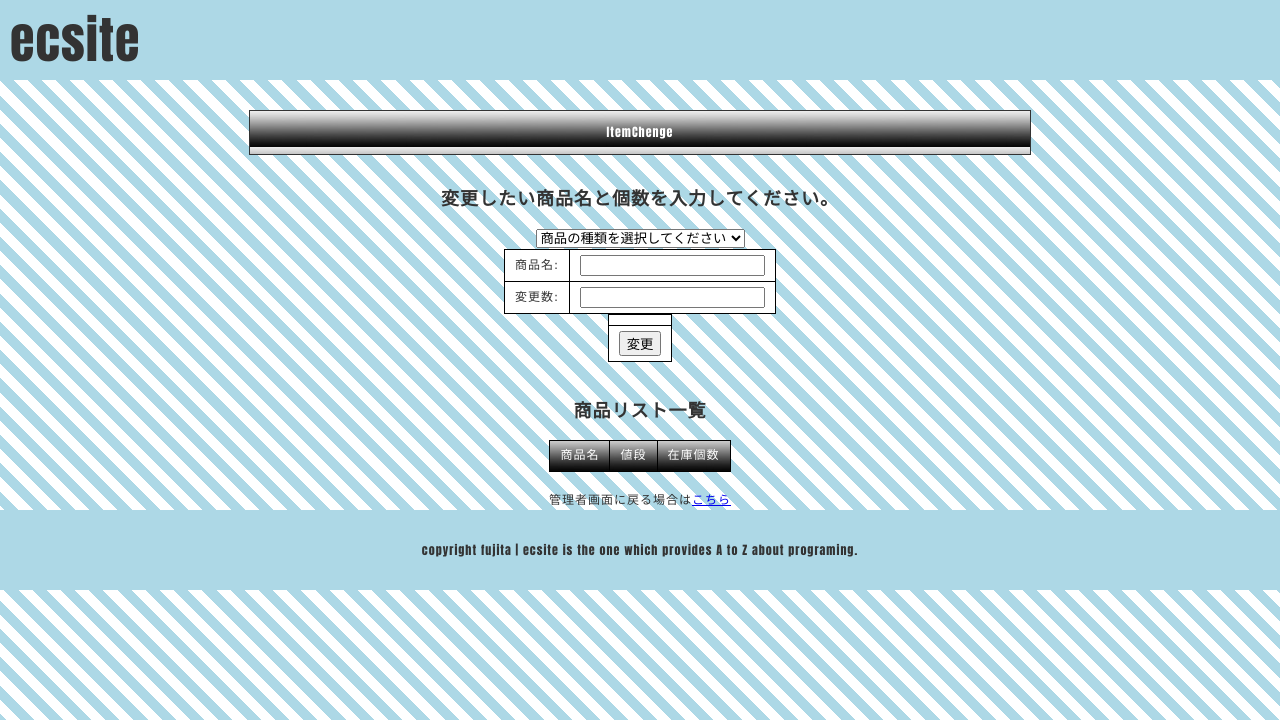
Repository: ryousukefujita-0423/test
Page: http://localhost/ecsite/itemChenge.jsp
These files come from the project's save history. The page is drawn as it stood at one moment and after the next save; the edit follows.
The browser window is 1280 px wide. The pictures show the whole page.
The page is served by Tomcat 9. Other server files are loaded and not shown.

Above is the page before, as saved 2019-03-22 02:50:21.

### ecsite/WebContent/itemChenge.jsp
<%@ page language="java" contentType="text/html; charset=UTF-8"
	pageEncoding="UTF-8"%>
<%@ taglib prefix="s" uri="/struts-tags"%>
<!DOCTYPE html>
<html>
<head>
<meta http-equiv="Content-Type" content="text/html; charset=UTF-8" />
<meta http-equiv="Content-Style-Type" content="text/css" />
<meta http-equiv="Content-Script-Type" content="text/javascript" />
<meta http-equiv="imagetoolbar" content="no" />
<meta name="description" content="" />
<meta name="keywords" content="" />
<link rel="stylesheet" type="text/css" href="./css/style.css">
<title>ItemChenge</title>
</head>
<body>
	<div id="header">ecsite</div>
	<div id="main">
		<div id="top">
			<p>ItemChenge</p>
		</div>
		<h2>変更したい商品名と個数を入力してください。</h2>
		<s:form action="ItemChengeConfirmAction">
			<s:textfield name="item_name" label="商品名" />
			<s:textfield name="item_stock" label="変更数" />
			<select name="item_type">
				<option>商品の種類を選択してください</option>
				<option value="1">文房具</option>
				<option value="2">書籍</option>
				<option value="3">電化製品</option>
				<option value="4">食品</option>
				<option value="5">家具</option>
				<option value="6">日用雑貨</option>
			</select>
			<table>
				<tr>
					<td><s:submit value="変更" /></td>
				</tr>
			</table>
		</s:form>
		<br>
		<h2>商品リスト一覧</h2>
		<table border="1" id="table_color">
			<tr id="table_midashi">
				<td>商品名</td>

				<td>値段</td>

				<td>在庫個数</td>
			</tr>
			<s:iterator value="buyItemDTOList">
				<tr>
					<td><s:property value="ItemName" /></td>

					<td><s:property value="ItemPrice" /><span>円</span></td>

					<td><s:property value="ItemStock" /><span>個</span></td>
				</tr>
			</s:iterator>
		</table>
		<br>
		<div>
			管理者画面に戻る場合は<a href="http://localhost:8080/ecsite/admin.jsp" />こちら</a>
		</div>
	</div>
	<div id="footer">copyright fujita | ecsite is the one which
		provides A to Z about programing.</div>
</body>
</html>

### ecsite/WebContent/css/style.css
@CHARSET "UTF-8";

body {
	margin: 0;
	padding: 0;
	line-height: 1.6;
	letter-spacing: 1px;
	font-family: Verdana, Helvetica, sans-serif;
	font-size: 12px;
	color: #333;
	background: repeating-linear-gradient(45deg, lightblue, lightblue 10px, white 0,
		white 20px);
}

table {
	text-align: center;
	margin: 0 auto;
	border-collapse: collapse;
}

tr {
	background-color: white;
}

td {
	padding: 5px 10px;
	border: 1px solid black;
}

#top {
	width: 780px;
	margin: 30px auto;
	border: 1px solid #333;
	font-family: impact;
	background-image: url("../img/trbackba.jpg");
	background-position: top left;
	color: white;
	background-color: #eeeeff;
}

#header {
	widht: 100%;
	height: 80px;
	background-color: lightblue;
	line-height: 80px;
	font-family: impact;
	font-size: 50px;
	padding-left: 10px;
}

#kanri {
	clear: both;
	widht: 100%;
	height: 100px;
	line-height: 100px;
	text-align: center;
}

#main {
	widht: 100%;
	height: 100%;
	text-align: center;
	position: relative;
	min-height: 400px;
}

#footer {
	widht: 100%;
	height: 80px;
	background-color: lightblue;
	clear: both;
	font-family: impact;
	line-height: 80px;
	text-align: center;
	bottom: 0;
}

#text-center {
	display: inline-block;
	text-aligin: center;
}

#text-link {
	display: inline-block;
	text-aligin: right;
}

#text-center {
	display: inline-block;
	text-align: center;
}

#left {
	float: left;
	width: 50%;
	height: 200px;
}

#right {
	float: right;
	width: 50%;
	height: 200px;
}

#color {
	widht: 20px;
	height: 50px;
}

#checkbox_hidden {
	display: none;
}

#table_color {
	background-color: white;
}

#sold_color {
	color: red;
	border: 1px solid black;
}

#table_midashi {
	background-image: url("../img/trbackba.jpg");
	background-position: bottom left;
	color: white;
	background-color: #eeeeff;
}

#item_type {
	border-collapse: separate;
	border-spacing: 40px 20px;
}

After the next save:
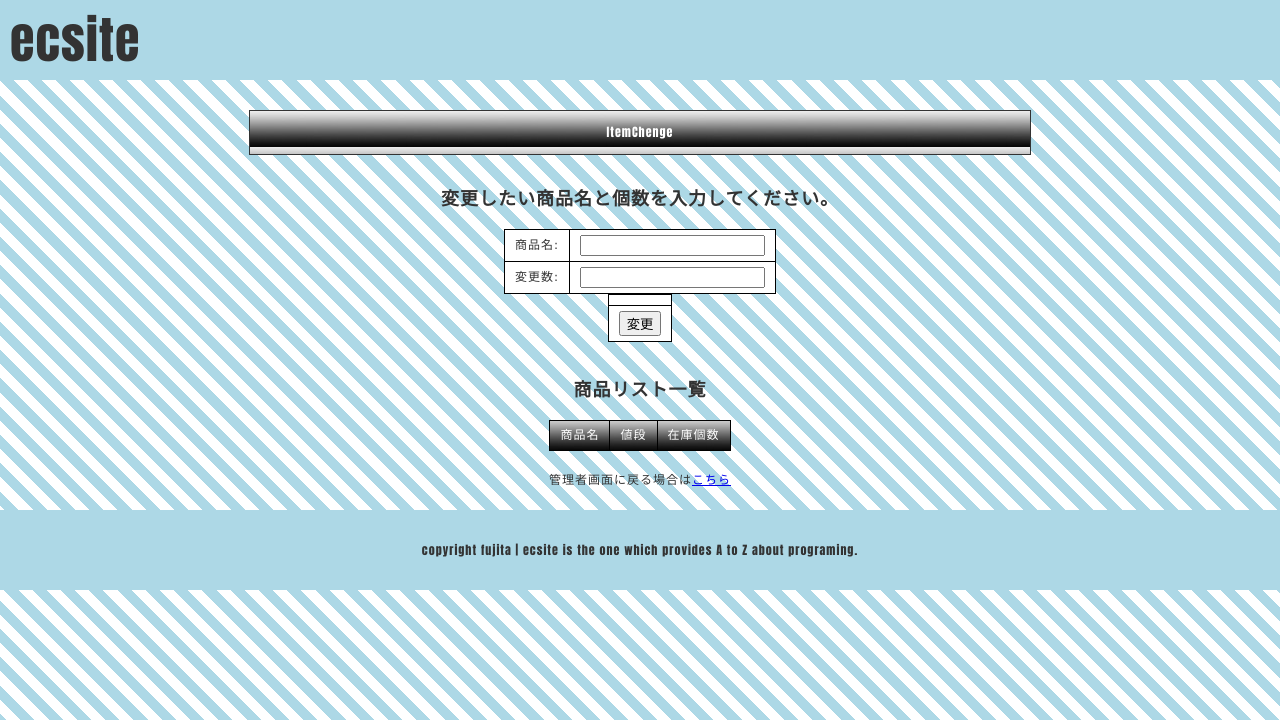
Saved 22 min 17 s later.
--- a/ecsite/WebContent/itemChenge.jsp
+++ b/ecsite/WebContent/itemChenge.jsp
@@ -23,15 +23,6 @@
 		<s:form action="ItemChengeConfirmAction">
 			<s:textfield name="item_name" label="商品名" />
 			<s:textfield name="item_stock" label="変更数" />
-			<select name="item_type">
-				<option>商品の種類を選択してください</option>
-				<option value="1">文房具</option>
-				<option value="2">書籍</option>
-				<option value="3">電化製品</option>
-				<option value="4">食品</option>
-				<option value="5">家具</option>
-				<option value="6">日用雑貨</option>
-			</select>
 			<table>
 				<tr>
 					<td><s:submit value="変更" /></td>
